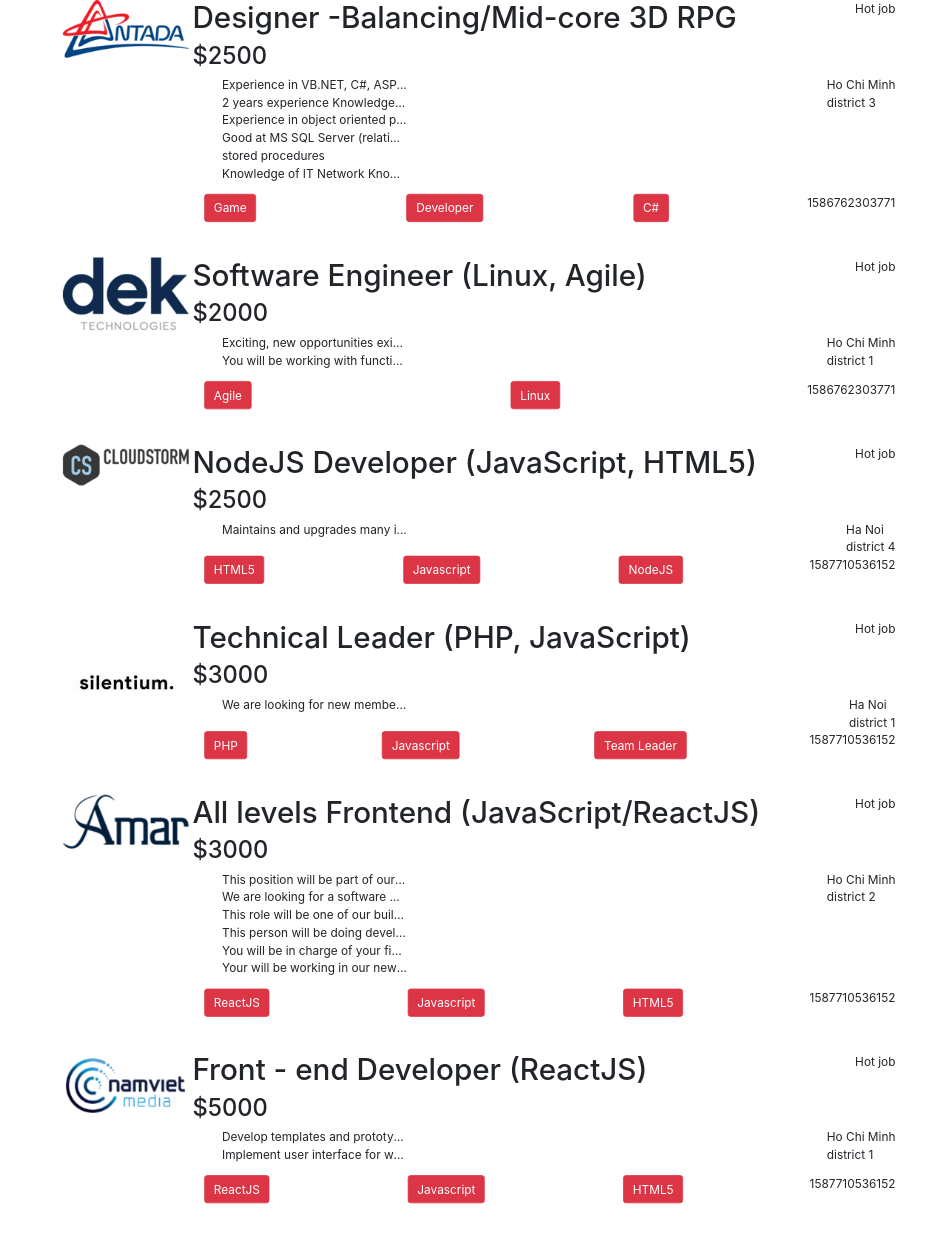
Repository: tts2610/itviec-clone
Page: /
An editor plug-in stored every save of this project. The page is shown before and after the next save, followed by the edit.
The browser window is 1280 px wide. The pictures show the whole page, at 74% of full size.
The project was rebuilt for these pictures with package versions that can differ from the ones it lists, and the page was loaded fresh each time. Requests to the local data server were answered from the project's data file. Also part of the build but not shown: src/pages/Login.js, src/pages/Detail.js.

Above is the page before, as saved 2020-06-08 15:35:18.

After the next save:
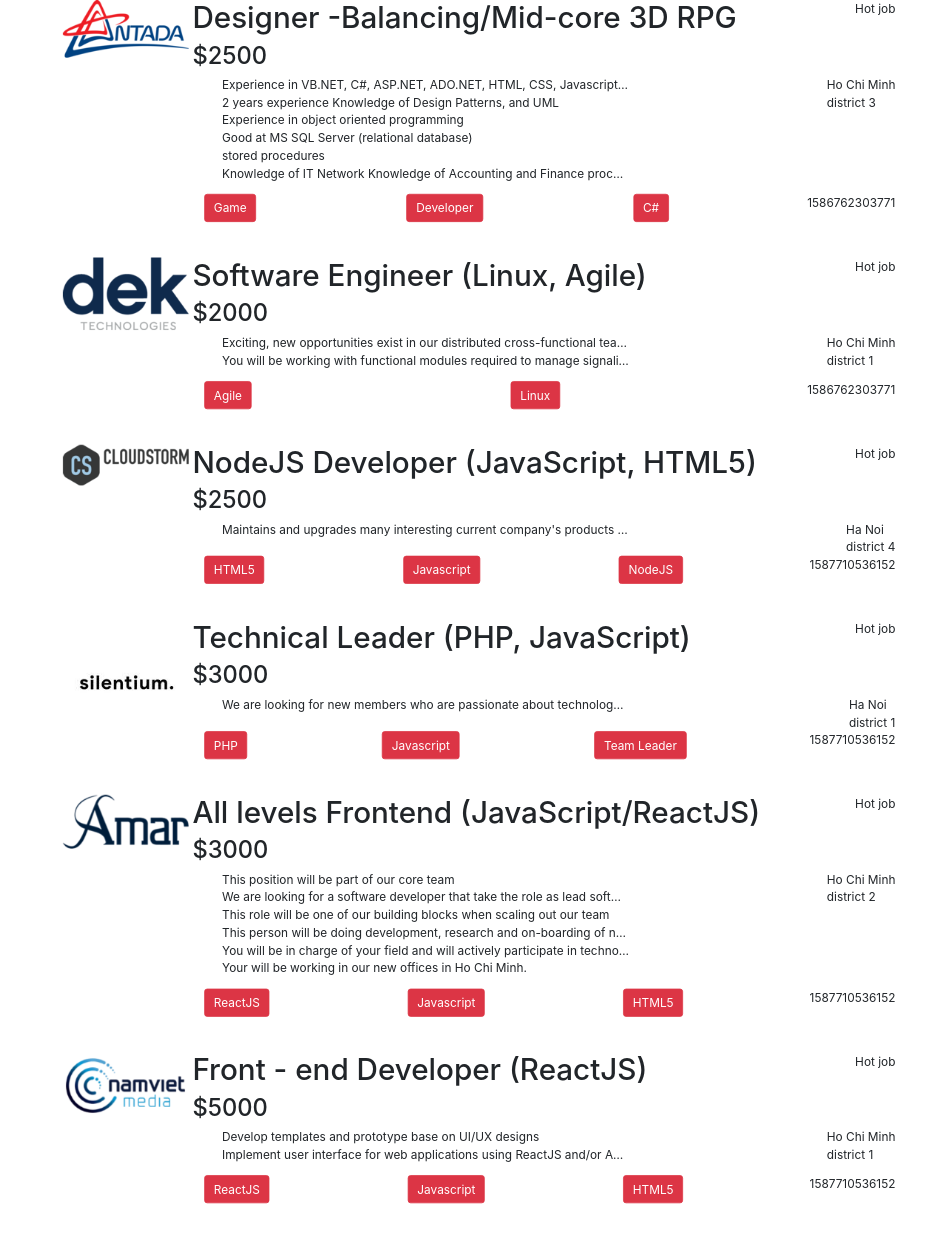
Saved 6 s later.
--- a/src/App.css
+++ b/src/App.css
@@ -40,7 +40,7 @@
 .desRow div ul li {
     display: block;
     white-space: nowrap;
-    width: 250px;
+    width: 550px;
     overflow: hidden;
     text-overflow: ellipsis;
 }
